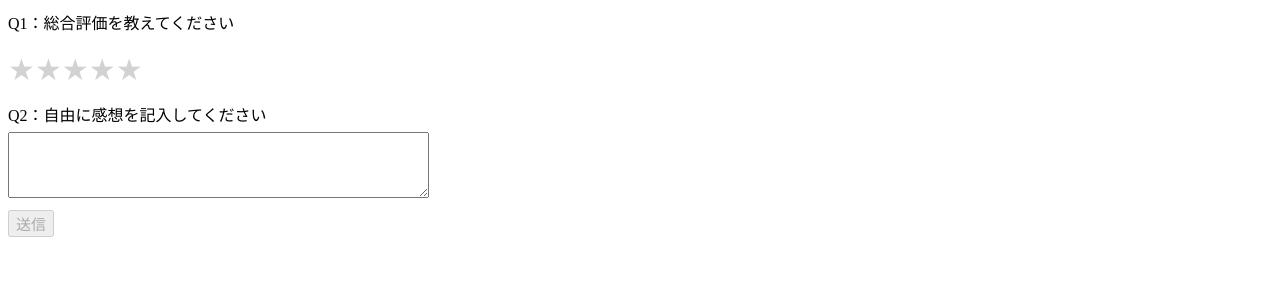
Repository: mikumiura/intern-chatbot
Page: templates/first-page.html
An editor plug-in stored every save of this project. The page is shown before and after the next save, followed by the edit.
The browser window is 1280 px wide. The pictures show the whole page.

Above is the page before, as saved 2022-08-24 02:21:41.

### templates/first-page.html
<!DOCTYPE html>
<html>

<head>
    <meta charset="utf-8">
    <meta name="viewport" content="width=device-width, initial-scale=1.0">
    <title>チャットボット満足度アンケート</title>

    <link rel="stylesheet" href="static/style.css" type="text/css">
</head>


<body> <!-- style="text-align:center" -->
    <script src="https://unpkg.com/vue@next"></script>
    <script src="https://unpkg.com/axios/dist/axios.min.js"></script>

    <div id = "app">
        <div>
            <label>Q1：総合評価を教えてください</label>
            <div>
                <div v-bind:class="{'star-gold':stars[0], 'star-gray':!stars[0]}" v-on:click="star(1)" class="pointer size-30">★</div>
                <div v-bind:class="{'star-gold':stars[1], 'star-gray':!stars[1]}" v-on:click="star(2)" class="pointer size-30">★</div>
                <div v-bind:class="{'star-gold':stars[2], 'star-gray':!stars[2]}" v-on:click="star(3)" class="pointer size-30">★</div>
                <div v-bind:class="{'star-gold':stars[3], 'star-gray':!stars[3]}" v-on:click="star(4)" class="pointer size-30">★</div>
                <div v-bind:class="{'star-gold':stars[4], 'star-gray':!stars[4]}" v-on:click="star(5)" class="pointer size-30">★</div>
            </div>
        </div>

        <div>
            <label>Q2：自由に感想を記入してください</label>
            <div>
                <textarea v-model="comment" cols="50" rows="4"></textarea> <!-- v-on:hogehoge（入力に関する処理の感知）でisActive()をtrueに -->
            </div>
        </div>

        <div>
            <input v-bind:disabled="comment==''" v-on:click="submit()" type="submit" value="送信" class="pointer size-15">
        </div>
    </div>

</body>
</html>

<script>
    let stars = [false, false, false, false, false];

    const Star = {
        data() {
            return {
                stars,
                rate: 0,
                comment: ""
            }
        },
        methods: {
            star: function(num) {
                this.rate = num
                // 1~num番目までをtrueに置き換える処理
                for (let i=0; i<num; i++) {
                    this.stars.splice(i, 1, true)
                }
                // num+1~5番目までをfalseに置き換える処理
                for (let i=num; i<5; i++) {
                    this.stars.splice(i, 1, false)
                }
            },
            submit: function() {
                alert("送信完了")

                axios.post('/test1', {
                    rate: this.rate,
                    comment: this.comment
                })
                .then(function(response) {
                    console.log(response)
                })
                .catch(function(error) {
                    console.log(error)
                })

                window.open('/test2', null)
            }
        }
    }
    Vue.createApp(Star).mount("#app")
</script>

### static/style.css
div div div div {
    display: inline-block;
}

div {
    line-height: 2;
}

.star-gold {
    color: #ffd700;
}

.star-orange {
    color: #ffa500;
}

.star-gray {
    color: #d2d2d2;
}

.pointer {
    cursor: pointer;
}

.size-15 {
    font-size: 15px;
}

.size-30 {
    font-size: 30px;
}

After the next save:
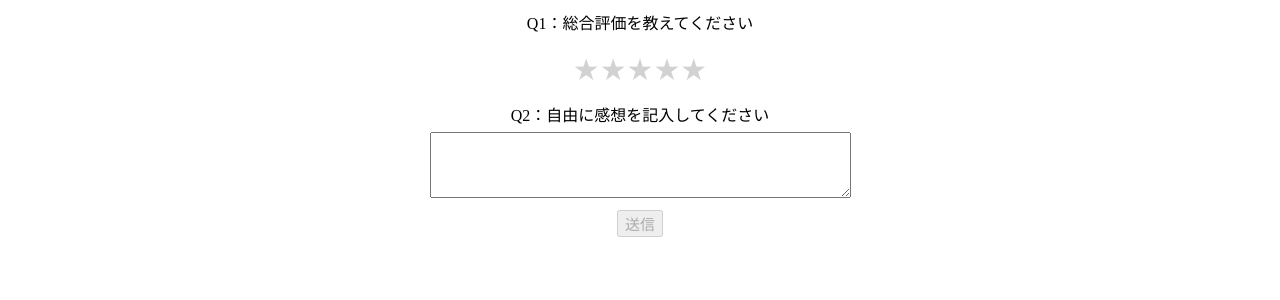
Saved 46 s later.
--- a/templates/first-page.html
+++ b/templates/first-page.html
@@ -10,7 +10,7 @@
 </head>
 
 
-<body> <!-- style="text-align:center" -->
+<body style="text-align:center">
     <script src="https://unpkg.com/vue@next"></script>
     <script src="https://unpkg.com/axios/dist/axios.min.js"></script>
 
